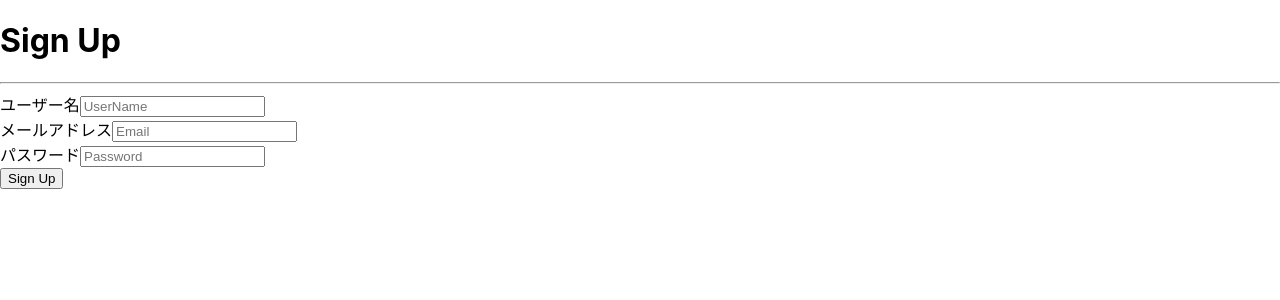
Repository: tosaken1116/Backs-of-seniors-hackathon
Page: /components/SignUpModal
An editor plug-in stored every save of this project. The page is shown before and after the next save, followed by the edit.
The browser window is 1280 px wide. The pictures show the whole page.
The project was rebuilt for these pictures with package versions that can differ from the ones it lists, and the page was loaded fresh each time. The framework's server and built-in components were replaced by stand-ins that run in the browser. Also part of the build but not shown: next.config.js.

Above is the page before, as saved 2022-07-16 13:37:55.

### pages/_document.js
import Document, { Head, Html, Main, NextScript } from 'next/document'

class MyDocument extends Document {
  render() {
    return (
      <Html>
        <Head>
          <link
            href="https://fonts.googleapis.com/css2?family=Inter&display=optional"
            rel="stylesheet"
          />
        </Head>
        <body>
          <Main />
          <NextScript />
        </body>
      </Html>
    )
  }
}

export default MyDocument

### pages/components/SignUpModal.tsx
import { useState } from "react";
export default function SignInModal() {
    const initialValues = { username: "", email: "", password: "" };
    const [formValues, setFormValues] = useState(initialValues);
    const [formErrors, setFormErrors] = useState({});

    const handleChange = (e) => {
        // console.log(e.target.value);
        const { name, value } = e.target;
        setFormValues({ ...formValues, [name]: value });
        // console.log(formValues);
    };

    const handleSubmit = (e) => {
        e.preventDefault();
        //ログイン情報の送信
        //バリデーションチェック
        setFormErrors(validate(formValues));
    };

    const validate = (values) => {
        const errors = {};
        if (!values.username) {
            errors.username = "ユーザー名を入力してください";
        }
        if (!values.email) {
            errors.email = "メールアドレスを入力してください";
        }
        if (!values.password) {
            errors.password = "パスワードを入力してください";
        }
    };

    return (
        <div className="formcontainer">
            <form onSubmit={(e) => handleSubmit(e)}>
                <h1>Sign Up</h1>
                <hr />
                <div className="uiForm">
                    <div className="formField">
                        <label>ユーザー名</label>
                        <input
                            type="text"
                            placeholder="UserName"
                            name="username"
                            onChange={(e) => handleChange(e)}
                        />
                    </div>
                    <div className="formField">
                        <label>メールアドレス</label>
                        <input
                            type="text"
                            placeholder="Email"
                            name="email"
                            onChange={(e) => handleChange(e)}
                        />
                    </div>
                    <div className="formField">
                        <label>パスワード</label>
                        <input
                            type="text"
                            placeholder="Password"
                            name="password"
                            onChange={(e) => handleChange(e)}
                        />
                    </div>
                    <button className="SubmitButton">Sign Up</button>
                </div>
            </form>
        </div>
    );
}

Loaded but not shown: pages/_app.js (common file); styles/globals.css (common file)

After the next save:
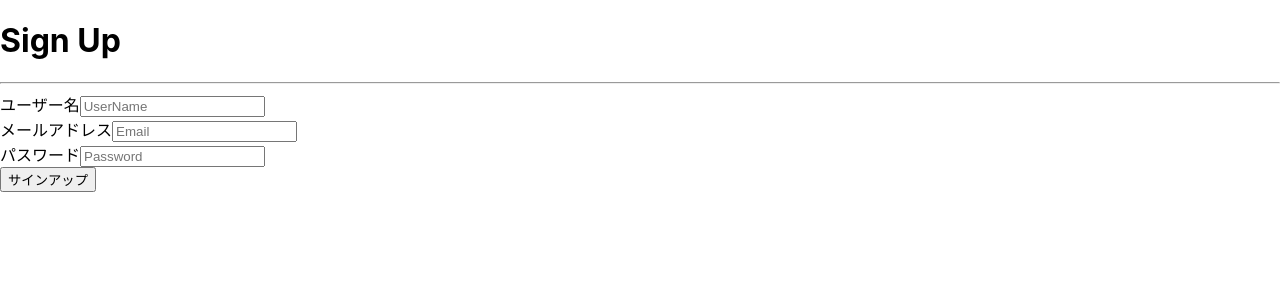
Saved 29 s later.
--- a/pages/components/SignUpModal.tsx
+++ b/pages/components/SignUpModal.tsx
@@ -64,7 +64,7 @@ export default function SignInModal() {
                             onChange={(e) => handleChange(e)}
                         />
                     </div>
-                    <button className="SubmitButton">Sign Up</button>
+                    <button className="SubmitButton">サインアップ</button>
                 </div>
             </form>
         </div>
